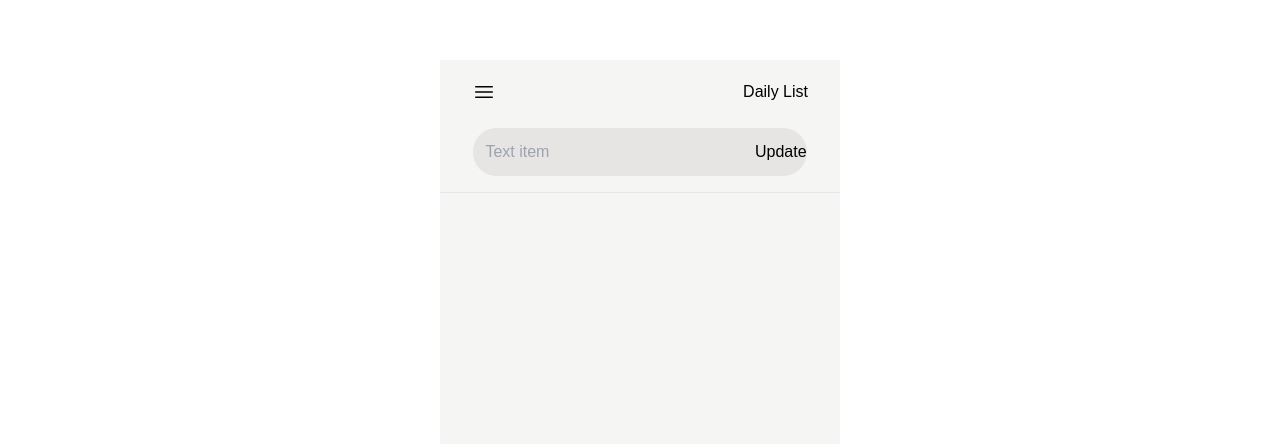
Repository: hsumyatm7308/TodolistbyPHP
Page: http://localhost/editpage.php
These files come from the project's save history. The page is drawn as it stood at one moment and after the next save; the edit follows.
The browser window is 1280 px wide. The pictures show the whole page.
Some web libraries are served in a nearby version. The page is run by PHP 8.4 with error messages shown; the project is at /var/www/html/.

Above is the page before, as saved 2023-07-11 22:50:42.

After the next save:
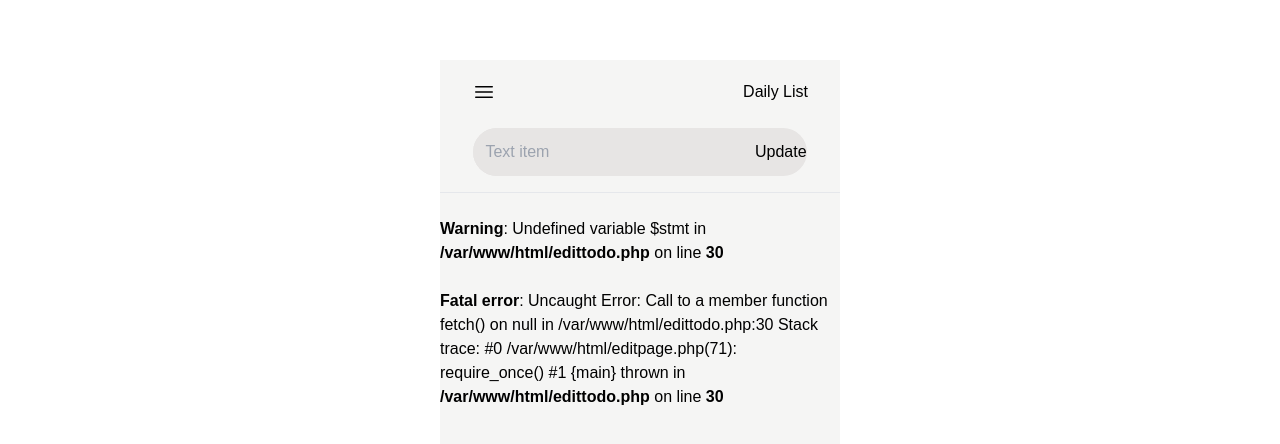
Saved 54 s later.
--- a/edittodo.php
+++ b/edittodo.php
@@ -24,3 +24,40 @@ if ($_SERVER["REQUEST_METHOD"] === "POST") {
 
 
 ?>
+
+
+
+<?php while ($row = $stmt->fetch()): ?>
+    <div name="taskitems" class="w-full h-auto flex justify-center items-center p-1">
+        <div class="w-[85%] h-auto bg-stone-200 flex justify-between items-center p-3">
+            <span>
+                <button class="complete-check">
+                    <i class="fa-regular fa-circle-check"></i>
+                </button>
+                <span class="ml-1">
+                    <?php echo $row['task'] ?>
+                </span>
+            </span>
+            <div class="flex justify-center items-center">
+                <form action="editpage.php" class="edit-form" method="post">
+                    <a href="editpage.php?id=<?php echo $row['id']; ?>" class="mr-4" type="submit" name="edit-task" value="<?php echo $row['id']; ?>">
+                        <svg xmlns="http://www.w3.org/2000/svg" fill="none" viewBox="0 0 24 24" stroke-width="1.5"
+                            stroke="currentColor" class="w-6 h-6">
+                            <path stroke-linecap="round" stroke-linejoin="round"
+                                d="M16.862 4.487l1.687-1.688a1.875 1.875 0 112.652 2.652L10.582 16.07a4.5 4.5 0 01-1.897 1.13L6 18l.8-2.685a4.5 4.5 0 011.13-1.897l8.932-8.931zm0 0L19.5 7.125M18 14v4.75A2.25 2.25 0 0115.75 21H5.25A2.25 2.25 0 013 18.75V8.25A2.25 2.25 0 015.25 6H10" />
+                        </svg>
+                    </a>
+                </form>
+                <form action="deletetodo.php" method="post" class="flex justify-center items-center">
+                    <button type="submit" name="delete-task" value="<?php echo $row['id']; ?>" class="delete-task">
+                        <svg xmlns="http://www.w3.org/2000/svg" fill="none" viewBox="0 0 24 24" stroke-width="1.5"
+                            stroke="currentColor" class="w-6 h-6">
+                            <path stroke-linecap="round" stroke-linejoin="round"
+                                d="M14.74 9l-.346 9m-4.788 0L9.26 9m9.968-3.21c.342.052.682.107 1.022.166m-1.022-.165L18.16 19.673a2.25 2.25 0 01-2.244 2.077H8.084a2.25 2.25 0 01-2.244-2.077L4.772 5.79m14.456 0a48.108 48.108 0 00-3.478-.397m-12 .562c.34-.059.68-.114 1.022-.165m0 0a48.11 48.11 0 013.478-.397m7.5 0v-.916c0-1.18-.91-2.164-2.09-2.201a51.964 51.964 0 00-3.32 0c-1.18.037-2.09 1.022-2.09 2.201v.916m7.5 0a48.667 48.667 0 00-7.5 0" />
+                        </svg>
+                    </button>
+                </form>
+            </div>
+        </div>
+    </div>
+<?php endwhile; ?>
